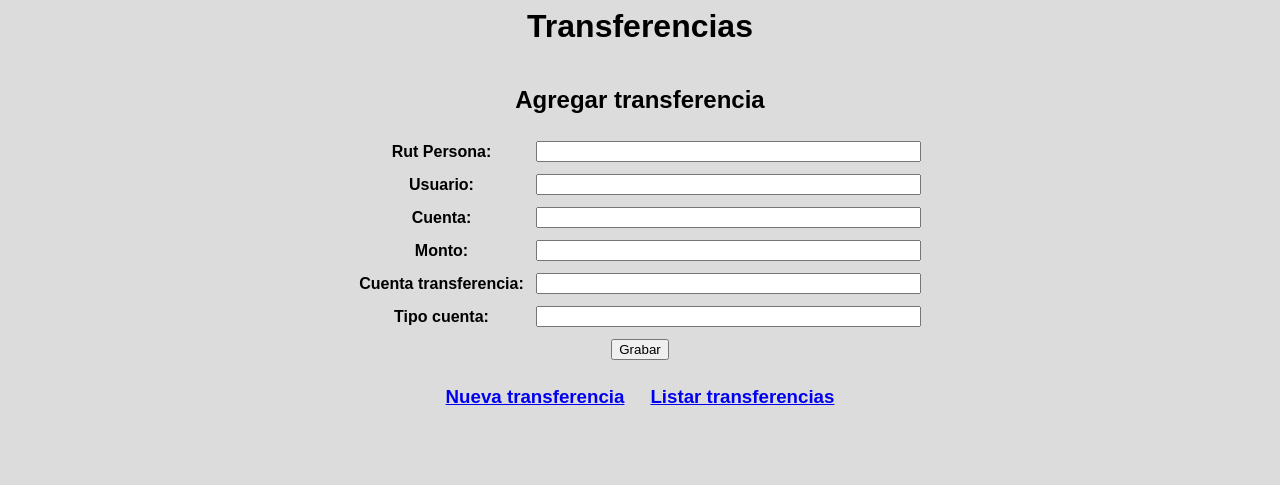
Repository: miguelalvarezcl/examen
Page: http://localhost/CtaCorriente/newtransferencia
An editor plug-in stored every save of this project. The page is shown before and after the next save, followed by the edit.
The browser window is 1280 px wide. The pictures show the whole page.
The page is served by Tomcat 9. Other server files are loaded and not shown.

Above is the page before, as saved 2021-11-13 22:45:09.

### CtaCorriente/WebContent/FormularioTransferencia.jsp
<%@ page language="java" contentType="text/html; charset=UTF-8"
    pageEncoding="UTF-8"%>
<%@ taglib uri = "http://java.sun.com/jsp/jstl/core" prefix = "c" %>
<html>
<head>
    <title>:::... Banco Platinum ...:::</title>
</head>
<body>

    <center>
        <h1>Transferencias</h1>

    </center>
    <div align="center">
        <c:if test="${transferencia != null}">
            <form action="updatetransferencia" method="post">
        </c:if>
        <c:if test="${transferencia == null}">
            <form action="inserttransferencia" method="post">
        </c:if>
        <table border="0" cellpadding="5">
            <caption>
                <h2>
                    <c:if test="${transferencia != null}">
                        Editar transferencia
                    </c:if>
                    <c:if test="${transferencia == null}">
                        Agregar transferencia
                    </c:if>
                </h2>
            </caption>
                <c:if test="${transferencia != null}">
                    <input type="hidden" name="id" value="${transferencia.id}" />
                </c:if>
            <tr>
                <th>Rut Persona: </th>
                <td>
                    <input type="text" name="rutpersona" size="45"
                            value="${transferencia.rutpersona}"
                        />
                </td>
            </tr>
            <tr>
                <th>Usuario: </th>
                <td>
                    <input type="text" name="idusuario" size="45"
                            value="${transferencia.idusuario}"
                    />
                </td>
            </tr>
            <tr>
                <th>Cuenta: </th>
                <td>
                    <input type="text" name="idcuenta" size="45"
                            value="${transferencia.idcuenta}"
                    />
                </td>
            </tr>

            <tr>
                <th>Monto: </th>
                <td>
                    <input type="text" name="montotransferencia" size="45"
                            value="${transferencia.montotransferencia}"
                    />
                </td>
            </tr>

            <tr>
                <th>Cuenta transferencia: </th>
                <td>
                    <input type="text" name="cuentatransferencia" size="45"
                            value="${transferencia.cuentatransferencia}"
                    />
                </td>
            </tr>

            <tr>
                <th>Tipo cuenta: </th>
                <td>
                    <input type="text" name="tipocuenta" size="45"
                            value="${transferencia.tipocuenta}"
                    />
                </td>
            </tr>


            <tr>
                <td colspan="2" align="center">
                    <input type="submit" value="Grabar" />
                </td>
            </tr>
        </table>
        </form>
    </div>
        <center>
    <h3>
            <a href="/CtaCorriente/newtransferencia">Nueva transferencia</a>
            &nbsp;&nbsp;&nbsp;
            <a href="/CtaCorriente/listTransferencia">Listar transferencias</a>

    </h3>
        </center>
</body>
</html>

<style>
body{
	font-family: arial, helvetica;
	background: #DCDCDC;
}
</style>

### CtaCorriente/src/com/platinum/ControllerServlet.java
package com.platinum;

import java.io.IOException;
import java.sql.SQLException;
import java.util.List;

import javax.servlet.RequestDispatcher;
import javax.servlet.ServletException;
import javax.servlet.http.HttpServlet;
import javax.servlet.http.HttpServletRequest;
import javax.servlet.http.HttpServletResponse;


public class ControllerServlet extends HttpServlet {
    private static final long serialVersionUID = 1L;
    private UsuariobdDAO usuariobdDAO;
    private PersonabdDAO personabdDAO;
    private CuentabdDAO cuentabdDAO;
    private TransferenciaDAO transferenciaDAO;

    public void init() {
        String jdbcURL = getServletContext().getInitParameter("jdbcURL");
        String jdbcUsername = getServletContext().getInitParameter("jdbcUsername");
        String jdbcPassword = getServletContext().getInitParameter("jdbcPassword");

        usuariobdDAO = new UsuariobdDAO(jdbcURL, jdbcUsername, jdbcPassword);
        personabdDAO = new PersonabdDAO(jdbcURL, jdbcUsername, jdbcPassword);
        cuentabdDAO = new CuentabdDAO(jdbcURL, jdbcUsername, jdbcPassword);
        transferenciaDAO = new TransferenciaDAO(jdbcURL, jdbcUsername, jdbcPassword);

    }

    protected void doPost(HttpServletRequest request, HttpServletResponse response)
            throws ServletException, IOException {
        doGet(request, response);
    }

    protected void doGet(HttpServletRequest request, HttpServletResponse response)
            throws ServletException, IOException {
        String action = request.getServletPath();

        try {
            switch (action) {
            case "/new":
                showNewForm(request, response);
                break;
            case "/newpersona":
                showNewFormPersona(request, response);
                break;

            case "/newcuenta":
                showNewFormCuenta(request, response);
                break;

            case "/newtransferencia":
                showNewFormTransferencia(request, response);
                break;

            case "/insert":
                insertUsuariobd(request, response);
                break;

            case "/insertpersona":
                insertPersonabd(request, response);
                break;

            case "/insertcuenta":
                insertCuentabd(request, response);
                break;

            case "/inserttransferencia":
                insertTransferencia(request, response);
                break;
            case "/deletecuenta":
                deleteCuentabd(request, response);
                break;

            case "/deletepersona":
                deletePersonabd(request, response);
                break;
            case "/delete":
                deleteUsuariobd(request, response);
                break;
            case "/editpersona":
                showEditFormPersona(request, response);
                break;

            case "/editcuenta":
                showEditFormCuenta(request, response);
                break;

            case "/edit":
                showEditForm(request, response);
                break;
            case "/update":
                updateUsuariobd(request, response);
                break;
            case "/updatepersona":
                updatePersonabd(request, response);
                break;

            case "/updatecuenta":
                updateCuentabd(request, response);
                break;


            case "/listPersonabd":
            	listPersonabd(request, response);
                break;

            case "/listCuentabd":
            	//System.out.println("1");
            	listCuentabd(request, response);
                break;
            case "/listTransferencia":
            	listTransferencia(request, response);
                break;
            default:
                listUsuariobd(request, response);
                break;
            }
        } catch (SQLException ex) {
            throw new ServletException(ex);
        }
    }



    private void listTransferencia(HttpServletRequest request, HttpServletResponse response)
            throws SQLException, IOException, ServletException {


        List<Transferencia> listTransferencia = transferenciaDAO.listAllTransferencia();

        request.setAttribute("listTransferencia", listTransferencia);
        RequestDispatcher dispatcher = request.getRequestDispatcher("ListaTransferencia.jsp");
        dispatcher.forward(request, response);
    }

    private void listCuentabd(HttpServletRequest request, HttpServletResponse response)
            throws SQLException, IOException, ServletException {


        List<Cuentabd> listCuentabd = cuentabdDAO.listAllCuentabd();

        request.setAttribute("listCuentabd", listCuentabd);
        RequestDispatcher dispatcher = request.getRequestDispatcher("ListaCuentas.jsp");
        dispatcher.forward(request, response);
    }

    private void listPersonabd(HttpServletRequest request, HttpServletResponse response)
            throws SQLException, IOException, ServletException {

        List<Personabd> listPersonabd = personabdDAO.listAllPersonabd();

        request.setAttribute("listPersonabd", listPersonabd);
        RequestDispatcher dispatcher = request.getRequestDispatcher("ListaPersonas.jsp");
        dispatcher.forward(request, response);
    }

    private void listUsuariobd(HttpServletRequest request, HttpServletResponse response)
            throws SQLException, IOException, ServletException {
        List<Usuariobd> listUsuariobd = usuariobdDAO.listAllUsuariosbd();
        request.setAttribute("listUsuariobd", listUsuariobd);
        RequestDispatcher dispatcher = request.getRequestDispatcher("ListaUsuarios.jsp");
        dispatcher.forward(request, response);
    }


    private void showNewForm(HttpServletRequest request, HttpServletResponse response)
            throws ServletException, IOException {
        RequestDispatcher dispatcher = request.getRequestDispatcher("FormularioUsuario.jsp");
        dispatcher.forward(request, response);
    }

    private void showNewFormPersona(HttpServletRequest request, HttpServletResponse response)
            throws ServletException, IOException {
        RequestDispatcher dispatcher = request.getRequestDispatcher("FormularioPersona.jsp");
        dispatcher.forward(request, response);
    }

    private void showNewFormCuenta(HttpServletRequest request, HttpServletResponse response)
            throws ServletException, IOException {
        RequestDispatcher dispatcher = request.getRequestDispatcher("FormularioCuenta.jsp");
        dispatcher.forward(request, response);
    }

    private void showNewFormTransferencia(HttpServletRequest request, HttpServletResponse response)
            throws ServletException, IOException {
        RequestDispatcher dispatcher = request.getRequestDispatcher("FormularioTransferencia.jsp");
        dispatcher.forward(request, response);
    }


    private void showEditForm(HttpServletRequest request, HttpServletResponse response)
            throws SQLException, ServletException, IOException {
        int id = Integer.parseInt(request.getParameter("id"));
        Usuariobd existingUsuariobd = usuariobdDAO.getUsuariobd(id);
        RequestDispatcher dispatcher = request.getRequestDispatcher("FormularioUsuario.jsp");
        request.setAttribute("usuariobd", existingUsuariobd);
        dispatcher.forward(request, response);

    }

    private void showEditFormPersona(HttpServletRequest request, HttpServletResponse response)
            throws SQLException, ServletException, IOException {
        String rut = request.getParameter("rut");
        Personabd existingPersonabd = personabdDAO.getPersonabd(rut);
        RequestDispatcher dispatcher = request.getRequestDispatcher("FormularioPersona.jsp");
        request.setAttribute("personabd", existingPersonabd);
        dispatcher.forward(request, response);


    }

    private void showEditFormCuenta(HttpServletRequest request, HttpServletResponse response)
            throws SQLException, ServletException, IOException {
        int id = Integer.parseInt(request.getParameter("id"));
        Cuentabd existingCuentabd = cuentabdDAO.getCuentabd(id);
        RequestDispatcher dispatcher = request.getRequestDispatcher("FormularioCuenta.jsp");
        request.setAttribute("cuentabd", existingCuentabd);
        dispatcher.forward(request, response);


    }

    private void insertUsuariobd(HttpServletRequest request, HttpServletResponse response)
            throws SQLException, IOException {
        String nombreusuario = request.getParameter("nombreusuario");
        String password = request.getParameter("password");


        Usuariobd newUsuariobd = new Usuariobd(nombreusuario, password);
        usuariobdDAO.insertUsuariobd(newUsuariobd);
        response.sendRedirect("list");
    }

    private void insertPersonabd(HttpServletRequest request, HttpServletResponse response)
            throws SQLException, IOException {
    	String rut = request.getParameter("rut");
        String nombre = request.getParameter("nombre");
        String apellido = request.getParameter("apellido");
        String direccion = request.getParameter("direccion");
        String correo = request.getParameter("correo");
        String telefono = request.getParameter("telefono");

        Personabd newPersonabd = new Personabd(rut,nombre, apellido,direccion,correo,telefono);
        personabdDAO.insertPersonabd(newPersonabd);
        response.sendRedirect("listPersonabd");
    }

    private void insertTransferencia(HttpServletRequest request, HttpServletResponse response)
            throws SQLException, IOException {
        String rutpersona = request.getParameter("rutpersona");
        int idusuario = Integer.parseInt(request.getParameter("idusuario"));
        int idcuenta = Integer.parseInt(request.getParameter("idcuenta"));
        int montotransferencia = Integer.parseInt(request.getParameter("montotransferencia"));
        int cuentatransferencia = Integer.parseInt(request.getParameter("cuentatransferencia"));
        String tipocuenta = request.getParameter("tipocuenta");

        Transferencia newTransferencia = new Transferencia(rutpersona, idusuario,idcuenta,montotransferencia,cuentatransferencia,tipocuenta);
        transferenciaDAO.insertTransferencia(newTransferencia);
        response.sendRedirect("listTransferencia");
    }

    private void insertCuentabd(HttpServletRequest request, HttpServletResponse response)
            throws SQLException, IOException {
        String rutcliente = request.getParameter("rutcliente");
        String monto = request.getParameter("monto");
        String ejecutivo = request.getParameter("ejecutivo");

        Cuentabd newCuentabd = new Cuentabd(rutcliente, monto,ejecutivo);
        cuentabdDAO.insertCuentabd(newCuentabd);
        response.sendRedirect("listCuentabd");
    }


    private void updatePersonabd(HttpServletRequest request, HttpServletResponse response)
            throws SQLException, IOException {
        String rut = request.getParameter("rut");
        String nombre = request.getParameter("nombre");
        String apellido = request.getParameter("apellido");
        String direccion = request.getParameter("direccion");
        String correo = request.getParameter("correo");
        String telefono = request.getParameter("telefono");


        Personabd personabd = new Personabd(rut, nombre, apellido,direccion,correo,telefono);
        personabdDAO.updatePersonabd(personabd);
        response.sendRedirect("listPersonabd");
    }


    private void updateCuentabd(HttpServletRequest request, HttpServletResponse response)
            throws SQLException, IOException {
    	System.out.println("paso");

        String rutcliente = request.getParameter("rutcliente");
        String monto = request.getParameter("monto");
        String ejecutivo = request.getParameter("ejecutivo");
        int id = Integer.parseInt(request.getParameter("id"));
        Cuentabd cuentabd = new Cuentabd(id, rutcliente, monto , ejecutivo);
        System.out.println("paso2");
        cuentabdDAO.updateCuentabd(cuentabd);
        response.sendRedirect("listCuentabd");
    }


    private void updateUsuariobd(HttpServletRequest request, HttpServletResponse response)
            throws SQLException, IOException {
        int id = Integer.parseInt(request.getParameter("id"));
        String nombreusuario = request.getParameter("nombreusuario");
        String password = request.getParameter("password");


        Usuariobd usuariobd = new Usuariobd(id, nombreusuario, password);
        usuariobdDAO.updateUsuariobd(usuariobd);
        response.sendRedirect("list");
    }

    private void deleteUsuariobd(HttpServletRequest request, HttpServletResponse response)
            throws SQLException, IOException {
        int id = Integer.parseInt(request.getParameter("id"));

        Usuariobd usuariobd = new Usuariobd(id);
        usuariobdDAO.deleteUsuariobd(usuariobd);
        response.sendRedirect("list");

    }

    private void deletePersonabd(HttpServletRequest request, HttpServletResponse response)
            throws SQLException, IOException {
        String rut = request.getParameter("rut");

        Personabd personabd = new Personabd(rut);
        personabdDAO.deletePersonabd(personabd);
        response.sendRedirect("listPersonabd");
    }


    private void deleteCuentabd(HttpServletRequest request, HttpServletResponse response)
            throws SQLException, IOException {
        int id = Integer.parseInt(request.getParameter("id"));

        Cuentabd cuentabd = new Cuentabd(id);
        cuentabdDAO.deleteCuentabd(cuentabd);
        response.sendRedirect("listCuentabd");
    }



}

After the next save:
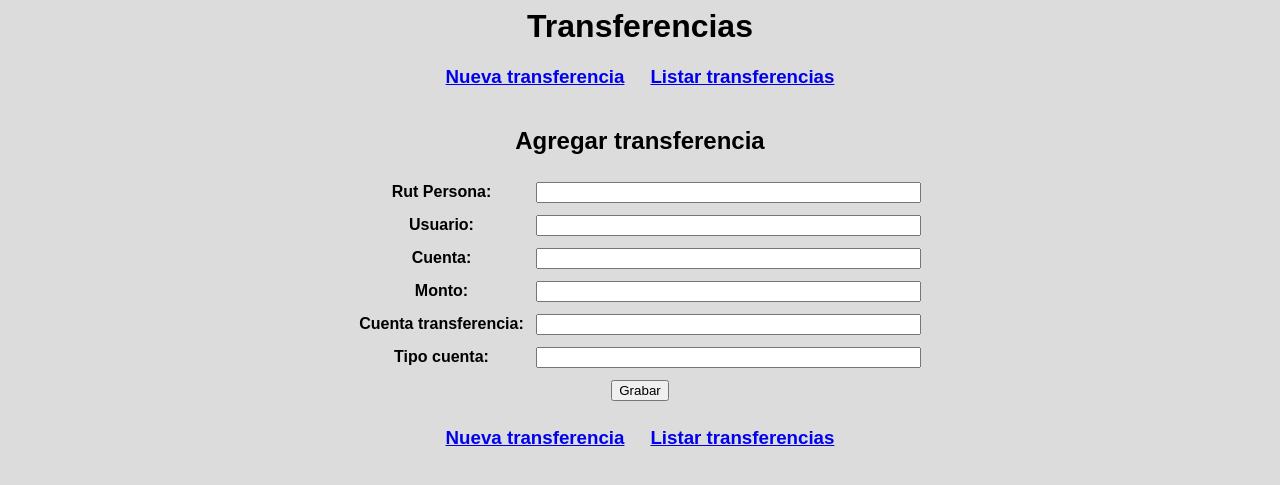
Saved 62 s later.
--- a/CtaCorriente/WebContent/FormularioTransferencia.jsp
+++ b/CtaCorriente/WebContent/FormularioTransferencia.jsp
@@ -9,6 +9,13 @@
 
     <center>
         <h1>Transferencias</h1>
+
+    <h3>
+            <a href="/CtaCorriente/newtransferencia">Nueva transferencia</a>
+            &nbsp;&nbsp;&nbsp;
+            <a href="/CtaCorriente/listTransferencia">Listar transferencias</a>
+
+    </h3>
 
     </center>
     <div align="center">
